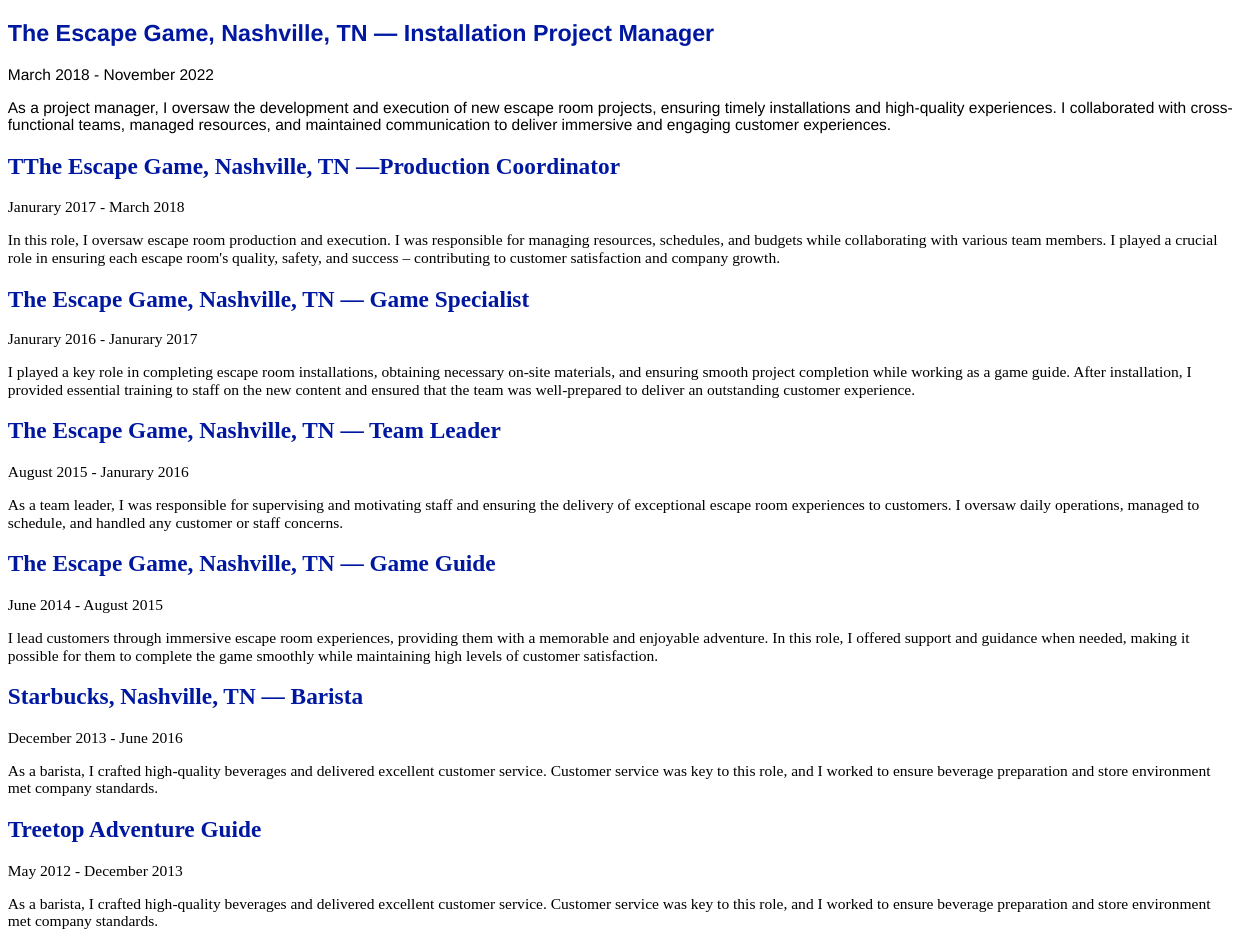
Repository: jgramirez0210/LAB-HTML-Resume
Page: index.html
These files come from the project's save history. The page is drawn as it stood at one moment and after a run of saves; the edit follows.
The browser window is 1280 px wide. The pictures show the whole page, at 97% of full size.

Above is the page before, as saved 2023-10-10 15:13:41.

### index.html
<!DOCTYPE html>
<html lang="en">
<head>
  <meta charset="UTF-8">
  <meta name="viewport" content="width=device-width, initial-scale=1.0">
  <title>Jesse's Work Experience</title>
  <link rel="stylesheet" href="main.css">
</head>
<body>
  <article id="job7">
    <h2>The Escape Game, Nashville, TN — Installation Project Manager </h2>
    <time datetime="2018-03" >March 2018</time> - <time datetime="2022-10" >November 2022</time></time>
    <p>As a project manager, I oversaw the development and execution of new escape room projects, ensuring timely installations and high-quality experiences. I collaborated with cross-functional teams, managed resources, and maintained communication to deliver immersive and engaging customer experiences.</p>
  </article>
  <article id="job6">
    <h2>TThe Escape Game, Nashville, TN —Production Coordinator</h2>
    <time datetime="2017-01" >Janurary 2017</time> - <time datetime="2018-3" >March 2018</time></time>
    <p>In this role, I oversaw escape room production and execution. I was responsible for managing resources, schedules, and budgets while collaborating with various team members. I played a crucial role in ensuring each escape room's quality, safety, and success – contributing to customer satisfaction and company growth.
    </p>
  </article>
  <article id="job5">
    <h2>The Escape Game, Nashville, TN — Game Specialist</h2>
    <time datetime="2016-01" >Janurary 2016</time> - <time datetime="2017-01" >Janurary 2017</time></time>
    <p>I played a key role in completing escape room installations, obtaining necessary on-site materials, and ensuring smooth project completion while working as a game guide. After installation, I provided essential training to staff on the new content and ensured that the team was well-prepared to deliver an outstanding customer experience.
    </p>
  </article>
  <article id="job4">
    <h2>The Escape Game, Nashville, TN — Team Leader</h2>
    <time datetime="2015-0" >August 2015</time> - <time datetime="2016-01" >Janurary 2016</time></time>
    <p>As a team leader, I was responsible for supervising and motivating staff and ensuring the delivery of exceptional escape room experiences to customers. I oversaw daily operations, managed to schedule, and handled any customer or staff concerns.
    </p>
  </article>
  <article id="job3">
    <h2>The Escape Game, Nashville, TN — Game Guide</h2>
    <time datetime="2014-06" >June 2014</time> - <time datetime="2015-08" >August 2015</time></time>
    <p>I lead customers through immersive escape room experiences, providing them with a memorable and enjoyable adventure. In this role, I offered support and guidance when needed, making it possible for them to complete the game smoothly while maintaining high levels of customer satisfaction.
    </p>
  </article>
  <article id="job2">
    <h2>Starbucks, Nashville, TN — Barista</h2>
    <time datetime="2013-12" >December 2013</time> - <time datetime="2014-06" >June 2016</time></time>
    <p>As a barista, I crafted high-quality beverages and delivered excellent customer service. Customer service was key to this role, and I worked to ensure beverage preparation and store environment met company standards.
    </p>
  </article>
  <article id="job1">
    <h2>Treetop Adventure Guide</h2>
    <time datetime="2012-05" >May 2012</time> - <time datetime="2013-12" >December 2013</time></time>
    <p>As a barista, I crafted high-quality beverages and delivered excellent customer service. Customer service was key to this role, and I worked to ensure beverage preparation and store environment met company standards.
    </p>
  </article>
  <script src="main.js"></script>
</body>
</html>

### main.css
#job7 {
  font-family:'Franklin Gothic Medium', 'Arial Narrow', Arial, sans-serif;
}
#job6 {
  font-family:
}
#job5 {
  font-family: ;
}
#job4 {
  font-family: ;
}
#job3 {
  font-family: ;
}
#job2 {
  font-family: ;
}
#job1 {
  font-family: ;
}
h2 {
  color: #0018a0;
}

Loaded but not shown: main.js (no stored copy; drawn as an empty file)

After the next 2 saves:
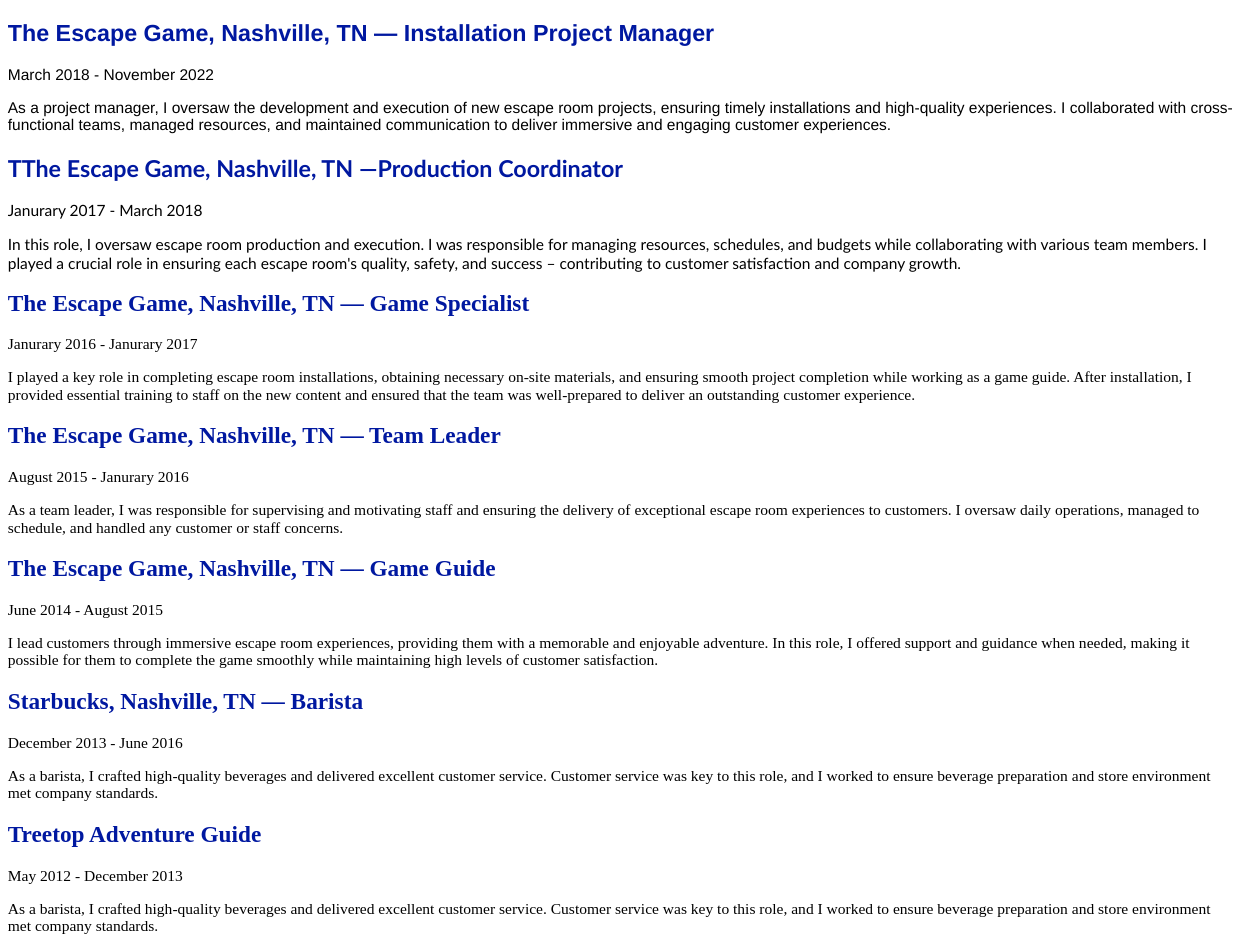
The 2 saves are shown as one change because they came seconds apart.
The last was saved 8 s later.
--- a/main.css
+++ b/main.css
@@ -2,7 +2,7 @@
   font-family:'Franklin Gothic Medium', 'Arial Narrow', Arial, sans-serif;
 }
 #job6 {
-  font-family:
+  font-family:'Gill Sans', 'Gill Sans MT', Calibri, 'Trebuchet MS', sans-serif;
 }
 #job5 {
   font-family: ;
